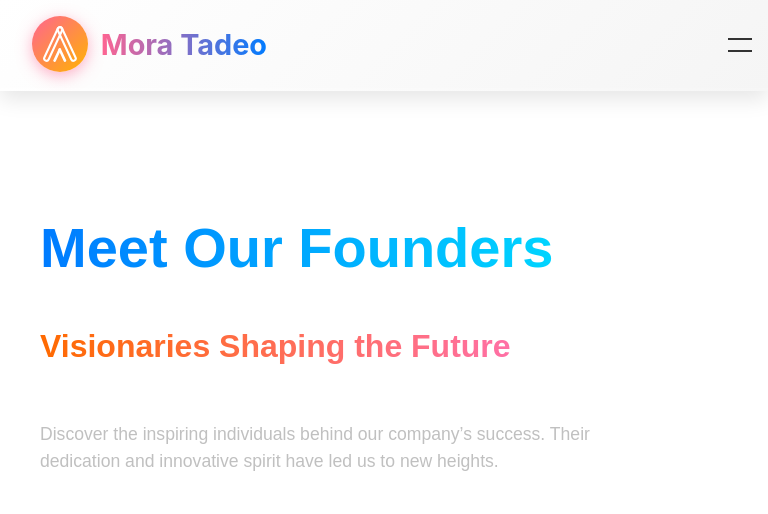
Repository: AbrahamM007/moratadeo
Page: /founders
An editor plug-in stored every save of this project. The page is shown before and after the next save, followed by the edit.
The browser window is 768 px wide. The pictures show the part of the page from y = 0 to 514 px (the page is 1059 px tall before and 2181 px after).
Pictures or frames that could not be fetched are drawn as grey boxes. The project was rebuilt for these pictures with package versions that can differ from the ones it lists, and the page was loaded fresh each time. Also part of the build but not shown: src/HeroSection.css, src/HeroSection.js, src/InfoSection.css, src/InfoSection.js, src/RoadmapSection.css, src/RoadmapSection.js, src/DesignPhaseSection.js, src/HeroBanner.js and 7 more.

Above is the page before, as saved 2025-01-12 22:34:24.

### public/index.html
<!DOCTYPE html>
<html lang="en">
  <head>
    <meta charset="utf-8" />
    <link rel="icon" href="mora.png" />
    <meta name="viewport" content="width=device-width, initial-scale=1" />
    <meta name="theme-color" content="#000000" />

    <link rel="apple-touch-icon" href="mora.png" />
    <link rel="manifest" href="%PUBLIC_URL%/manifest.json" />

    <!-- SEO Meta Tags -->
    <meta name="title" content="Mora Tadeo | Development Firm" />
    <meta name="description" content="Mora Tadeo is a leading development firm offering cutting-edge solutions in web development, app design, and technology innovation to elevate your business." />
    <meta name="keywords" content="development firm, web development, app design, Mora Tadeo, software solutions, technology innovation" />
    <meta name="author" content="Mora Tadeo" />
    <meta name="robots" content="index, follow" />
    <meta name="googlebot" content="index, follow" />

    <!-- Open Graph Meta Tags (for social sharing) -->
    <meta property="og:type" content="website" />
    <meta property="og:url" content="https://moratadeo.com" />
    <meta property="og:title" content="Mora Tadeo | Development Firm" />
    <meta property="og:description" content="Discover innovative web and app development solutions with Mora Tadeo. Your trusted partner in driving technology forward." />
    <meta property="og:image" content="https://moratadeo.com/preview-image.png" />
    <meta property="og:site_name" content="Mora Tadeo" />

    <!-- Twitter Card Meta Tags -->
    <meta name="twitter:card" content="summary_large_image" />
    <meta name="twitter:url" content="https://moratadeo.com" />
    <meta name="twitter:title" content="Mora Tadeo | Development Firm" />
    <meta name="twitter:description" content="Mora Tadeo offers state-of-the-art development services to bring your business ideas to life. Partner with us for tailored solutions." />
    <meta name="twitter:image" content="https://moratadeo.com/preview-image.png" />

    <!-- Additional Metadata -->
    <meta name="msapplication-TileColor" content="#ffffff" />
    <meta name="msapplication-config" content="%PUBLIC_URL%/browserconfig.xml" />

    <!-- Title -->
    <title>Mora Tadeo | Development Firm</title>
  </head>
  <body>
    <noscript>You need to enable JavaScript to run this app.</noscript>
    <div id="root"></div>
  </body>
</html>

### src/App.js
import React from "react";
import { BrowserRouter as Router, Routes, Route } from "react-router-dom";
import Navbar from "./Navbar";
import HeroSection from "./HeroSection";
import InfoSection from "./InfoSection";
import RoadmapSection from "./RoadmapSection";
import DesignPhaseSection from "./DesignPhaseSection";
import HeroBanner from "./HeroBanner";
import Footer from "./Footer";
import PricingPage from "./PricingPage";
import ScrollToTop from "./ScrollToTop"; // Import the ScrollToTop component

// Import both FeaturesPage and FeaturePage from the merged file
import { FeaturesPage, FeaturePage } from "./FeaturesPage";

// Import FoundersPage
import FoundersPage from "./FoundersPage";

function App() {
  return (
    <Router>
      <ScrollToTop /> {/* Ensures scroll resets to top on route change */}
      <div className="App">
        <Navbar />
        <Routes>
          {/* Home Page */}
          <Route
            path="/"
            element={
              <>
                <HeroSection />
                <InfoSection />
                <RoadmapSection />
                {/* <HeroBanner /> */}
                <DesignPhaseSection />
                <Footer />
              </>
            }
          />
          {/* Features List */}
          <Route path="/features" element={<FeaturesPage />} />
          {/* Dynamic Feature Detail Page */}
          <Route path="/features/:featureId" element={<FeaturePage />} />
          {/* Pricing Page */}
          <Route path="/pricing" element={<PricingPage />} />
          {/* Founders Page */}
          <Route path="/founders" element={<FoundersPage />} />
        </Routes>
      </div>
    </Router>
  );
}

export default App;

### src/Navbar.js
import React, { useState, useEffect } from "react";
import { Link } from "react-router-dom";
import "./Navbar.css";
import logo from './mora.svg';


const Navbar = () => {
  const [scrolled, setScrolled] = useState(false);
  const [menuOpen, setMenuOpen] = useState(false);

  useEffect(() => {
    const handleScroll = () => {
      setScrolled(window.scrollY > 50);
    };

    window.addEventListener("scroll", handleScroll);
    return () => {
      window.removeEventListener("scroll", handleScroll);
    };
  }, []);

  const toggleMenu = () => {
    setMenuOpen(!menuOpen);
  };

  return (
    <header className={`navbar ${scrolled ? "scrolled" : ""}`}>
      <Link to="/" className="navbar-logo-link">
        <div className="navbar-logo-container">
          <div className="navbar-logo-icon">
          <img src={logo} alt="Logo" className="navbar-logo-image" />

          </div>
          <span className="navbar-logo-text">Mora Tadeo</span>
        </div>
      </Link>
      <button className="navbar-toggle" onClick={toggleMenu}>
        <span className={`hamburger ${menuOpen ? "open" : ""}`}></span>
      </button>
      <nav className={`navbar-menu ${menuOpen ? "open" : ""}`}>
        <Link to="/features" onClick={toggleMenu}>
          Features
        </Link>
        <Link to="/pricing" onClick={toggleMenu}>
          Pricing
        </Link>
        <Link to="/founders" onClick={toggleMenu}>
          Founders
        </Link>
        <a href="https://calendly.com/mora78606/30min?month=2025-01" onClick={toggleMenu}>
          Contact
        </a>
        <a href="https://calendly.com/mora78606/30min?month=2025-01" className="navbar-highlight" onClick={toggleMenu}>
          Get a Demo
        </a>
      </nav>
    </header>
  );
};

export default Navbar;

### src/ScrollToTop.js
import { useEffect } from "react";
import { useLocation } from "react-router-dom";

const ScrollToTop = () => {
  const { pathname } = useLocation();

  useEffect(() => {
    window.scrollTo(0, 0); // Scroll to the top-left of the page
  }, [pathname]);

  return null; // This component does not render anything
};

export default ScrollToTop;

### src/FoundersPage.js
import React from "react";
import "./FoundersPage.css";

const FoundersPage = () => {
  return (
    <div className="founders-page">
      {/* Hero Section */}
      <section className="founders-hero">
        <h1 className="founders-hero-title">Meet Our Founders</h1>
        <h2 className="founders-hero-subtitle">Visionaries Shaping the Future</h2>
        <p className="hero-paragraph">
          Discover the inspiring individuals behind our company’s success.
          Their dedication and innovative spirit have led us to new heights.
        </p>
        <button className="hero-button">Explore Our Vision</button>

        {/* Decorative Overlapping Shapes */}
        <div className="decorative-block block1"></div>
        <div className="decorative-block block2"></div>
      </section>

      {/* Founders Section */}
      <div className="founders-container">
        {/* Founder 1 */}
        <div className="founder-card">
          <div className="founder-image-container">
            <img
              src="/path-to-founder1-image.jpg"
              alt="Founder 1"
              className="founder-image"
            />
          </div>
          <h2 className="founder-name">Founder 1</h2>
          <h3 className="founder-title">CEO & Co-Founder</h3>
          <p className="founder-bio">
            A pioneer in innovation, Founder 1 has transformed industries with
            their forward-thinking mindset.
          </p>
        </div>

        {/* Founder 2 */}
        <div className="founder-card">
          <div className="founder-image-container">
            <img
              src="/path-to-founder2-image.jpg"
              alt="Founder 2"
              className="founder-image"
            />
          </div>
          <h2 className="founder-name">Founder 2</h2>
          <h3 className="founder-title">COO & Co-Founder</h3>
          <p className="founder-bio">
            With operational brilliance, Founder 2 ensures seamless execution
            of our bold vision.
          </p>
        </div>
      </div>

      <div className="founders-scroll-indicator">
        Scroll to explore more founders →
      </div>
    </div>
  );
};

export default FoundersPage;

### src/Navbar.css
/* Navbar Container */
.navbar {
    display: flex;
    justify-content: space-between;
    align-items: center;
    padding: 1rem 2rem;
    background: linear-gradient(135deg, #ffffff, #f5f5f5);
    box-shadow: 0 8px 20px rgba(0, 0, 0, 0.1);
    position: sticky;
    top: 0;
    z-index: 1000; /* Ensures navbar stays on top */
    transition: all 0.3s ease;
    border-bottom: 3px solid transparent;
  }

  /* Navbar on Scroll */
  .navbar.scrolled {
    background: #ffffff; /* Plain white background on scroll */
    box-shadow: 0 8px 25px rgba(0, 0, 0, 0.2);
    border-bottom: 3px solid #ddd; /* Subtle border for scroll effect */
    transform: scale(1.01);
  }

  /* Logo Link */
  .navbar-logo-link {
    display: flex;
    align-items: center;
    text-decoration: none; /* Removes underline */
    cursor: pointer;
  }

  /* Logo Container */
  .navbar-logo-container {
    display: flex;
    align-items: center;
    gap: 0.8rem;
  }

  /* Logo Icon */
  .navbar-logo-icon {
    display: flex;
    align-items: center;
    justify-content: center;
    background: linear-gradient(135deg, #ff6491, #ffb400);
    color: #fff;
    font-size: 2rem;
    font-weight: bold;
    height: 3.5rem;
    width: 3.5rem;
    border-radius: 50%;
    box-shadow: 0 4px 15px rgba(255, 100, 145, 0.5);
    transition: transform 0.3s ease;
  }

  .navbar-logo-icon:hover {
    transform: rotate(360deg) scale(1.1);
  }

  /* Logo Text */
  .navbar-logo-text {
    font-size: 1.8rem;
    font-weight: 700;
    color: #333;
    background: linear-gradient(90deg, #ff6491, #007bff);
    -webkit-background-clip: text;
    -webkit-text-fill-color: transparent;
  }

  /* Logo Hover Effect */
  .navbar-logo-link:hover .navbar-logo-container {
    transform: scale(1.05);
    transition: transform 0.3s ease;
  }

  /* Navbar Menu */
  .navbar-menu {
    display: flex;
    gap: 1.5rem;
    transition: transform 0.3s ease, opacity 0.3s ease;
  }

  /* Menu Links */
  .navbar-menu a {
    font-size: 1rem;
    font-weight: 500;
    text-decoration: none; /* Removes underline */
    color: #555;
    padding: 0.5rem 1rem;
    position: relative;
    transition: all 0.3s ease;
  }

  .navbar-menu a:hover {
    color: #ff6491;
  }

  .navbar-menu a::after {
    content: "";
    position: absolute;
    bottom: -5px;
    left: 0;
    width: 0;
    height: 3px;
    background: linear-gradient(90deg, #ff6491, #ffb400);
    transition: width 0.3s ease;
  }

  .navbar-menu a:hover::after {
    width: 100%;
  }

  /* Highlight Link */
  .navbar-highlight {
    font-weight: bold;
    padding: 0.8rem 1.5rem;
    color: #fff;
    background: linear-gradient(135deg, #ff6491, #ffb400);
    border-radius: 50px;
    box-shadow: 0 4px 15px rgba(255, 100, 145, 0.4);
    transition: transform 0.3s ease, background 0.3s ease;
  }

  .navbar-highlight:hover {
    transform: scale(1.1);
    background: linear-gradient(135deg, #ffb400, #ff6491);
  }

  /* Hamburger Menu */
  .navbar-toggle {
    display: none;
    background: none;
    border: none;
    cursor: pointer;
    padding: 0.5rem;
    z-index: 11;
  }

  .hamburger {
    width: 1.5rem;
    height: 2px;
    background: #333;
    position: relative;
    transition: all 0.3s ease;
  }

  .hamburger::before,
  .hamburger::after {
    content: "";
    width: 1.5rem;
    height: 2px;
    background: #333;
    position: absolute;
    left: 0;
    transition: all 0.3s ease;
  }

  .hamburger::before {
    top: -6px;
  }

  .hamburger::after {
    top: 6px;
  }

  .hamburger.open {
    background: transparent;
  }

  .hamburger.open::before {
    transform: rotate(45deg);
    top: 0;
  }

  .hamburger.open::after {
    transform: rotate(-45deg);
    top: 0;
  }
  .navbar-logo-image {
    height: 2.3rem; /* Adjust size to match your design */
    width: 2.3rem;
    /* border-radius: 50%; Optional: Make it circular */
    object-fit: cover; /* Ensures the image scales correctly */

    transition: transform 0.3s ease;
  }

  .navbar-logo-image:hover {
    transform: scale(1.1); /* Slight zoom on hover */
  }


  /* Responsive Menu */
  @media (max-width: 768px) {
    .navbar-menu {
      flex-direction: column;
      position: absolute;
      top: 100%;
      right: 0;
      background: linear-gradient(135deg, #ffffff, #f5f5f5);
      border-radius: 10px;
      box-shadow: 0 8px 20px rgba(0, 0, 0, 0.1);
      transform: translateY(-200%);
      opacity: 0;
      visibility: hidden;
      transition: transform 0.3s ease, opacity 0.3s ease, visibility 0.3s ease;
    }

    .navbar-menu.open {
      transform: translateY(0%);
      opacity: 1;
      visibility: visible;
    }

    .navbar-menu a {
      padding: 1rem;
      text-align: center;
    }

    .navbar-toggle {
      display: block;
    }
  }

### src/DesignPhaseSection.css


:root {
  --blue-color: #007bff;
  --orange-color: #ffb400;
  --gradient: linear-gradient(90deg, var(--blue-color), var(--orange-color));
  --bg-white: #ffffff;
  --line-color: rgba(0,0,0,0.1);
  --card-shadow: rgba(0, 0, 0, 0.1);
 }






 .single-phase-container {
  position: relative;
  width: 100%;
  height: 100vh;
  overflow: hidden;
 }


 /* Navigation Dots */
 .phase-navigation {
  position: absolute;
  bottom: 20px;
  left: 50%;
  transform: translateX(-50%);
  display: flex;
  gap: 15px;
  z-index: 3;
 }


 .nav-dot {
  width: 20px;
  height: 20px;
  border-radius: 50%;
  background: #fff;
  border: 3px solid var(--gradient);
  cursor: pointer;
  transition: transform 0.3s ease, background 0.3s ease;
 }


 .nav-dot.active {
  transform: scale(1.4);
  background: var(--gradient);
 }


 .nav-dot:hover {
  transform: scale(1.2);
 }


 /* Phase Section and Overlay */
 .phase-section {
  position: relative;
  width: 100vw;
  height: 100vh;

  display: flex;
  align-items: center;
  justify-content: center;
  overflow: hidden;
  transition: background 1s ease-in-out;
 }


 .phase-overlay {
  position: absolute;
  width: 120%;
  height: 120%;
  top: -10%;
  left: -10%;
  background: radial-gradient(circle, rgba(255,255,255,0.2), transparent);
  opacity: 0.5;
  pointer-events: none;
  animation: floatOverlay 20s ease-in-out infinite;
  z-index: 1;
 }


 @keyframes floatOverlay {
  0%, 100% { transform: translate(0, 0) rotate(0deg); }
  50% { transform: translate(20px, 20px) rotate(45deg); }
 }


 /* Phase Content with Shimmering Border */
 .phase-content {
  position: relative;
  z-index: 2;
  max-width: 600px;
  padding: 2rem;
  background: rgba(255,255,255,0.8);
  color: #333;
  border-radius: 15px;
  box-shadow: 0 10px 20px var(--card-shadow);
  text-align: center;
  opacity: 0;
  transform: translateY(20px);
  animation: contentFadeIn 1.5s forwards;
 }


 .phase-content::before {
  content: '';
  position: absolute;
  inset: 0;
  border-radius: inherit;
  background: var(--gradient);
  z-index: -1;
  filter: blur(15px);
  opacity: 0.6;
  transform: scale(1.1);
  animation: pulseBorder 3s ease-in-out infinite;
 }


 @keyframes pulseBorder {
  0%, 100% { filter: blur(15px); }
  50% { filter: blur(25px); }
 }


 @keyframes contentFadeIn {
  to { opacity: 1; transform: translateY(0); }
 }


 /* Icon and Text Styling */
 .icon {
  font-size: 4rem;
  margin-bottom: 1rem;
  background: var(--gradient);
  -webkit-background-clip: text;
  -webkit-text-fill-color: transparent;
  animation: spinIcon 10s linear infinite;
 }


 @keyframes spinIcon {
  from { transform: rotate(0deg); }
  to { transform: rotate(360deg); }
 }


 .phase-content h3 {
  font-size: 2rem;
  margin-bottom: 1rem;
  color: var(--blue-color);
 }


 .phase-content p {
  font-size: 1.2rem;
  line-height: 1.6;
  color: #333;
 }


 /* Unique abstract backgrounds and animations for each phase */
 .phase-0 {
  background: radial-gradient(circle at center, rgba(0,123,255,0.1), var(--bg-white)),
              radial-gradient(circle at bottom right, rgba(255,180,0,0.1), transparent);
  animation: bgAnim0 15s ease-in-out infinite;
 }
 .phase-1 {
  background: radial-gradient(circle at top left, rgba(0,123,255,0.1), transparent),
              radial-gradient(circle at bottom right, rgba(255,180,0,0.1), var(--bg-white));
  animation: bgAnim1 20s ease-in-out infinite;
 }
 .phase-2 {
  background: radial-gradient(circle at top right, rgba(0,123,255,0.1), transparent),
              radial-gradient(circle at bottom left, rgba(255,180,0,0.1), var(--bg-white));
  animation: bgAnim2 25s ease-in-out infinite;
 }
 .phase-3 {
  background: radial-gradient(circle at center, rgba(0,123,255,0.1), transparent),
              radial-gradient(circle at center, rgba(255,180,0,0.1), var(--bg-white));
  animation: bgAnim3 30s ease-in-out infinite;
 }


 @keyframes bgAnim0 {
  0%, 100% { background-position: 0% 0%, 100% 100%; }
  50% { background-position: 100% 0%, 0% 100%; }
 }
 @keyframes bgAnim1 {
  0%, 100% { background-position: 0% 100%, 100% 0%; }
  50% { background-position: 100% 100%, 0% 0%; }
 }
 @keyframes bgAnim2 {
  0%, 100% { background-position: 50% 50%, 50% 50%; }
  50% { background-position: 75% 25%, 25% 75%; }
 }
 @keyframes bgAnim3 {
  0%, 100% { background-position: 0% 0%, 100% 100%; }
  50% { background-position: 100% 0%, 0% 100%; }
 }


 /* Responsive adjustments */
 @media (max-width: 768px) {
  .phase-content { padding: 1.5rem; }
  .icon { font-size: 3.5rem; }
  .phase-content h3 { font-size: 1.8rem; }
  .phase-content p { font-size: 1rem; }
 }

### src/FoundersPage.css
/* General Page Styling */
.founders-page {
    font-family: "Arial", sans-serif;
    background: #ffffff;
    color: #333;
    padding: 20px;
    margin: 0;
    overflow: hidden;
  }

  /* Hero Section */
  .founders-hero {
    display: flex;
    flex-direction: column;
    align-items: flex-start;
    justify-content: center;
    text-align: left;
    padding: 60px 20px;
    gap: 10px;
    position: relative;
    max-width: 1200px;
    margin: 0 auto;
  }

  .founders-hero-title {
    font-size: 3.5rem;
    font-weight: bold;
    margin-bottom: 10px;
    line-height: 1.1;
    background: linear-gradient(90deg, #007bff, #00d4ff);
    -webkit-background-clip: text;
    -webkit-text-fill-color: transparent;
  }

  .founders-hero-subtitle {
    font-size: 2rem;
    font-weight: bold;
    line-height: 1.3;
    background: linear-gradient(90deg, #ff6a00, #ff70a6);
    -webkit-background-clip: text;
    -webkit-text-fill-color: transparent;
  }

  .hero-paragraph {
    font-size: 1.1rem;
    color: #c0c0c0;
    max-width: 600px;
    line-height: 1.5;
  }

  .hero-button {
    margin-top: 15px;
    font-size: 0.9rem;
    padding: 10px 20px;
    background: linear-gradient(90deg, #007bff, #00d4ff);
    border: none;
    border-radius: 50px;
    color: #ffffff;
    cursor: pointer;
    transition: transform 0.2s, box-shadow 0.2s;
  }

  .hero-button:hover {
    transform: scale(1.05);
    box-shadow: 0px 10px 20px rgba(0, 0, 0, 0.2);
  }

  /* Decorative Overlapping Shapes */
  .decorative-block {
    position: absolute;
    background: #f2f2f2;
    border-radius: 10px;
    z-index: -1;
  }

  .block1 {
    top: 0;
    left: 0;
    width: 60%;
    height: 50%;
    transform: rotate(-10deg);
  }

  .block2 {
    bottom: 10%;
    right: 5%;
    width: 40%;
    height: 40%;
    transform: rotate(15deg);
  }

  /* Founders Section */
  .founders-container {
    display: flex;
    flex-direction: row;
    flex-wrap: nowrap;
    justify-content: space-between;
    gap: 20px;
    padding: 20px;
    overflow-x: scroll;
    scroll-snap-type: x mandatory;
  }

  .founder-card {
    flex: 0 0 300px;
    background: #ffffff;
    border-radius: 20px;
    box-shadow: 0px 5px 15px rgba(0, 0, 0, 0.1);
    text-align: center;
    overflow: hidden;
    scroll-snap-align: start;
    position: relative;
    transform: scale(0.98);
    transition: transform 0.3s, box-shadow 0.3s;
  }

  .founder-card:hover {
    transform: scale(1.02);
    box-shadow: 0px 10px 20px rgba(0, 0, 0, 0.2);
  }

  .founder-image-container {
    position: relative;
    width: 100%;
    height: 180px;
    overflow: hidden;
  }

  .founder-image {
    width: 100%;
    height: 100%;
    object-fit: cover;
    border-bottom: 3px solid #00d4ff;
  }

  .founder-name {
    font-size: 1.5rem;
    font-weight: bold;
    margin: 10px 0;
    background: linear-gradient(90deg, #007bff, #00d4ff);
    -webkit-background-clip: text;
    -webkit-text-fill-color: transparent;
  }

  .founder-title {
    font-size: 1rem;
    margin-bottom: 10px;
    background: linear-gradient(90deg, #ff6a00, #ff70a6);
    -webkit-background-clip: text;
    -webkit-text-fill-color: transparent;
  }

  .founder-bio {
    font-size: 0.9rem;
    line-height: 1.4;
    color: #c0c0c0;
    padding: 0 10px 10px;
  }

  .founders-scroll-indicator {
    text-align: center;
    font-size: 0.8rem;
    color: #aaa;
    margin: 10px 0;
  }

Loaded but not shown: src/index.js (common file); src/index.css (common file); src/reportWebVitals.js (common file)

After the next save:
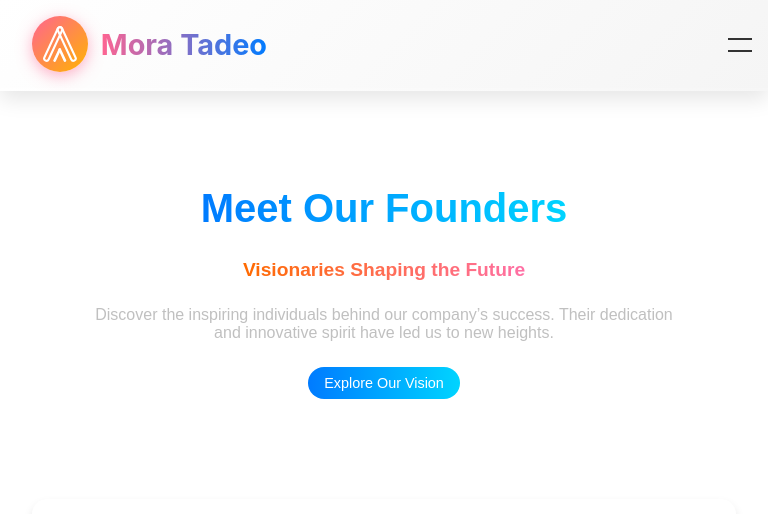
Saved 81 s later.
--- a/src/FoundersPage.css
+++ b/src/FoundersPage.css
@@ -2,56 +2,54 @@
 .founders-page {
     font-family: "Arial", sans-serif;
     background: #ffffff;
-    color: #333;
-    padding: 20px;
     margin: 0;
-    overflow: hidden;
+    padding: 0;
+    overflow-x: hidden;
   }
 
   /* Hero Section */
   .founders-hero {
     display: flex;
     flex-direction: column;
-    align-items: flex-start;
+    align-items: center;
     justify-content: center;
-    text-align: left;
-    padding: 60px 20px;
+    text-align: center;
+    padding: 60px 10px;
     gap: 10px;
     position: relative;
-    max-width: 1200px;
-    margin: 0 auto;
   }
 
   .founders-hero-title {
-    font-size: 3.5rem;
+    font-size: 3rem;
     font-weight: bold;
-    margin-bottom: 10px;
-    line-height: 1.1;
+    line-height: 1.2;
+    margin-bottom: 0;
     background: linear-gradient(90deg, #007bff, #00d4ff);
     -webkit-background-clip: text;
     -webkit-text-fill-color: transparent;
   }
 
   .founders-hero-subtitle {
-    font-size: 2rem;
+    font-size: 1.5rem;
     font-weight: bold;
-    line-height: 1.3;
+    line-height: 1.2;
+    margin-bottom: 15px;
     background: linear-gradient(90deg, #ff6a00, #ff70a6);
     -webkit-background-clip: text;
     -webkit-text-fill-color: transparent;
   }
 
   .hero-paragraph {
-    font-size: 1.1rem;
+    font-size: 1rem;
+    max-width: 600px;
+    margin: 0 auto;
     color: #c0c0c0;
-    max-width: 600px;
-    line-height: 1.5;
   }
 
   .hero-button {
+    font-size: 0.9rem;
+    padding: 8px 16px;
     margin-top: 15px;
-    font-size: 0.9rem;
-    padding: 10px 20px;
     background: linear-gradient(90deg, #007bff, #00d4ff);
     border: none;
     border-radius: 50px;
@@ -61,82 +59,88 @@
   }
 
   .hero-button:hover {
-    transform: scale(1.05);
-    box-shadow: 0px 10px 20px rgba(0, 0, 0, 0.2);
+    transform: scale(1.03);
+    box-shadow: 0px 6px 12px rgba(0, 0, 0, 0.15);
   }
 
-  /* Decorative Overlapping Shapes */
-  .decorative-block {
+  /* Abstract Shapes */
+  .abstract-shape {
     position: absolute;
-    background: #f2f2f2;
-    border-radius: 10px;
-    z-index: -1;
+    z-index: 0;
+    border-radius: 50%;
+    opacity: 0.1;
   }
 
-  .block1 {
-    top: 0;
-    left: 0;
-    width: 60%;
-    height: 50%;
-    transform: rotate(-10deg);
+  .shape1 {
+    width: 200px;
+    height: 200px;
+    background: linear-gradient(45deg, #007bff, #00d4ff);
+    top: -30px;
+    left: -50px;
   }
 
-  .block2 {
-    bottom: 10%;
-    right: 5%;
-    width: 40%;
-    height: 40%;
-    transform: rotate(15deg);
+  .shape2 {
+    width: 150px;
+    height: 150px;
+    background: linear-gradient(45deg, #ff6a00, #ff70a6);
+    top: 20%;
+    right: -40px;
+  }
+
+  .shape3 {
+    width: 250px;
+    height: 250px;
+    background: linear-gradient(45deg, #00d4ff, #6a11cb);
+    bottom: -60px;
+    left: 30%;
   }
 
   /* Founders Section */
   .founders-container {
     display: flex;
-    flex-direction: row;
-    flex-wrap: nowrap;
-    justify-content: space-between;
+    flex-wrap: wrap;
+    justify-content: center;
     gap: 20px;
-    padding: 20px;
-    overflow-x: scroll;
-    scroll-snap-type: x mandatory;
+    padding: 20px 10px;
   }
 
   .founder-card {
-    flex: 0 0 300px;
     background: #ffffff;
-    border-radius: 20px;
-    box-shadow: 0px 5px 15px rgba(0, 0, 0, 0.1);
+    border-radius: 15px;
+    box-shadow: 0px 5px 10px rgba(0, 0, 0, 0.1);
+    overflow: hidden;
+    transition: transform 0.2s ease, box-shadow 0.2s ease;
     text-align: center;
-    overflow: hidden;
-    scroll-snap-align: start;
-    position: relative;
-    transform: scale(0.98);
-    transition: transform 0.3s, box-shadow 0.3s;
+    width: 250px;
+    padding: 15px;
   }
 
   .founder-card:hover {
-    transform: scale(1.02);
-    box-shadow: 0px 10px 20px rgba(0, 0, 0, 0.2);
+    transform: translateY(-8px);
+    box-shadow: 0px 15px 25px rgba(0, 0, 0, 0.2);
   }
 
   .founder-image-container {
     position: relative;
     width: 100%;
-    height: 180px;
+    padding-top: 100%; /* Aspect ratio of 1:1 */
     overflow: hidden;
   }
 
   .founder-image {
+    position: absolute;
+    top: 0;
+    left: 0;
     width: 100%;
     height: 100%;
     object-fit: cover;
-    border-bottom: 3px solid #00d4ff;
   }
 
   .founder-name {
-    font-size: 1.5rem;
+    font-size: 1.2rem;
     font-weight: bold;
-    margin: 10px 0;
+    margin-top: 10px;
+    margin-bottom: 5px;
     background: linear-gradient(90deg, #007bff, #00d4ff);
     -webkit-background-clip: text;
     -webkit-text-fill-color: transparent;
@@ -144,22 +148,31 @@
 
   .founder-title {
     font-size: 1rem;
-    margin-bottom: 10px;
+    font-weight: bold;
+    margin-bottom: 5px;
     background: linear-gradient(90deg, #ff6a00, #ff70a6);
     -webkit-background-clip: text;
     -webkit-text-fill-color: transparent;
   }
 
   .founder-bio {
-    font-size: 0.9rem;
+    font-size: 0.85rem;
     line-height: 1.4;
     color: #c0c0c0;
-    padding: 0 10px 10px;
+    margin-bottom: 10px;
   }
 
-  .founders-scroll-indicator {
-    text-align: center;
-    font-size: 0.8rem;
-    color: #aaa;
-    margin: 10px 0;
+  /* Responsive Design */
+  @media (max-width: 768px) {
+    .founders-hero-title {
+      font-size: 2.5rem;
+    }
+
+    .founders-hero-subtitle {
+      font-size: 1.2rem;
+    }
+
+    .founder-card {
+      width: 90%;
+    }
   }
